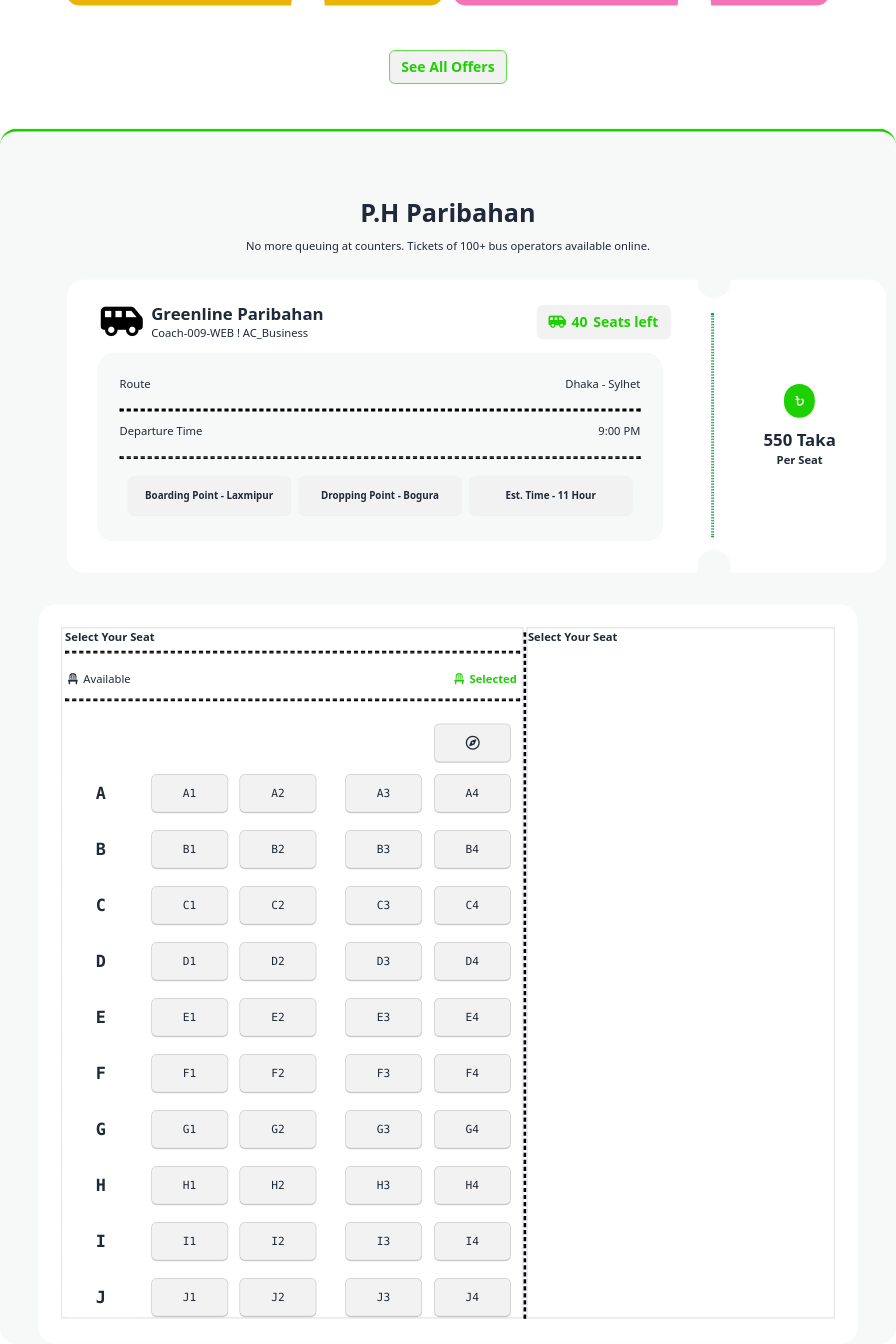
Repository: RudrasahaDibos/Smart-ticketing
Page: index.html
The author's editor kept a copy of each file at every save. The page is drawn from the files as they stood at one save, then again after the next save.
The browser window is 1280 px wide. The pictures show the part of the page from y = 1134 to 3054 px (the page is 3054 px tall), at 70% of full size.
Some web fonts or font styles are not loaded; a fallback is used. Some web libraries are served in a nearby version.

Above is the page before, as saved 2024-11-10 14:16:10.

After the next save:
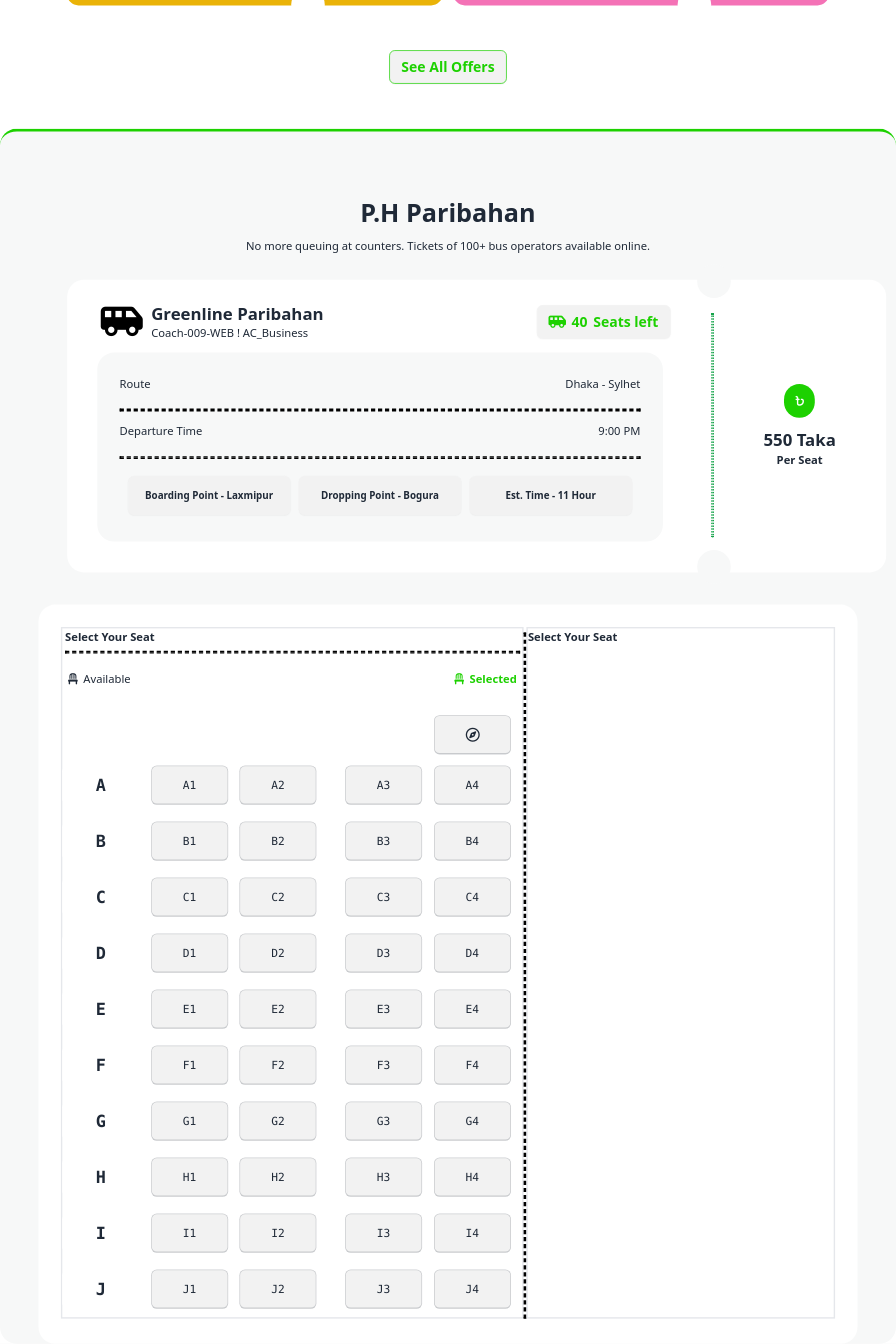
Saved 4 s later.
--- a/index.html
+++ b/index.html
@@ -328,7 +328,7 @@
               </div>
               <!-- seat available ends here -->
               <div
-                class="border-dashed border-black border-2 mt-2  w-[650px] mx-auto h-0"></div>
+                class="border-dashed border-black  mt-2  w-[650px] mx-auto h-0"></div>
                 <!-- seat planing start here -->
                <div class="mt-8">
                     <div class="text-end  mr-4">

After the 2 saves that followed:
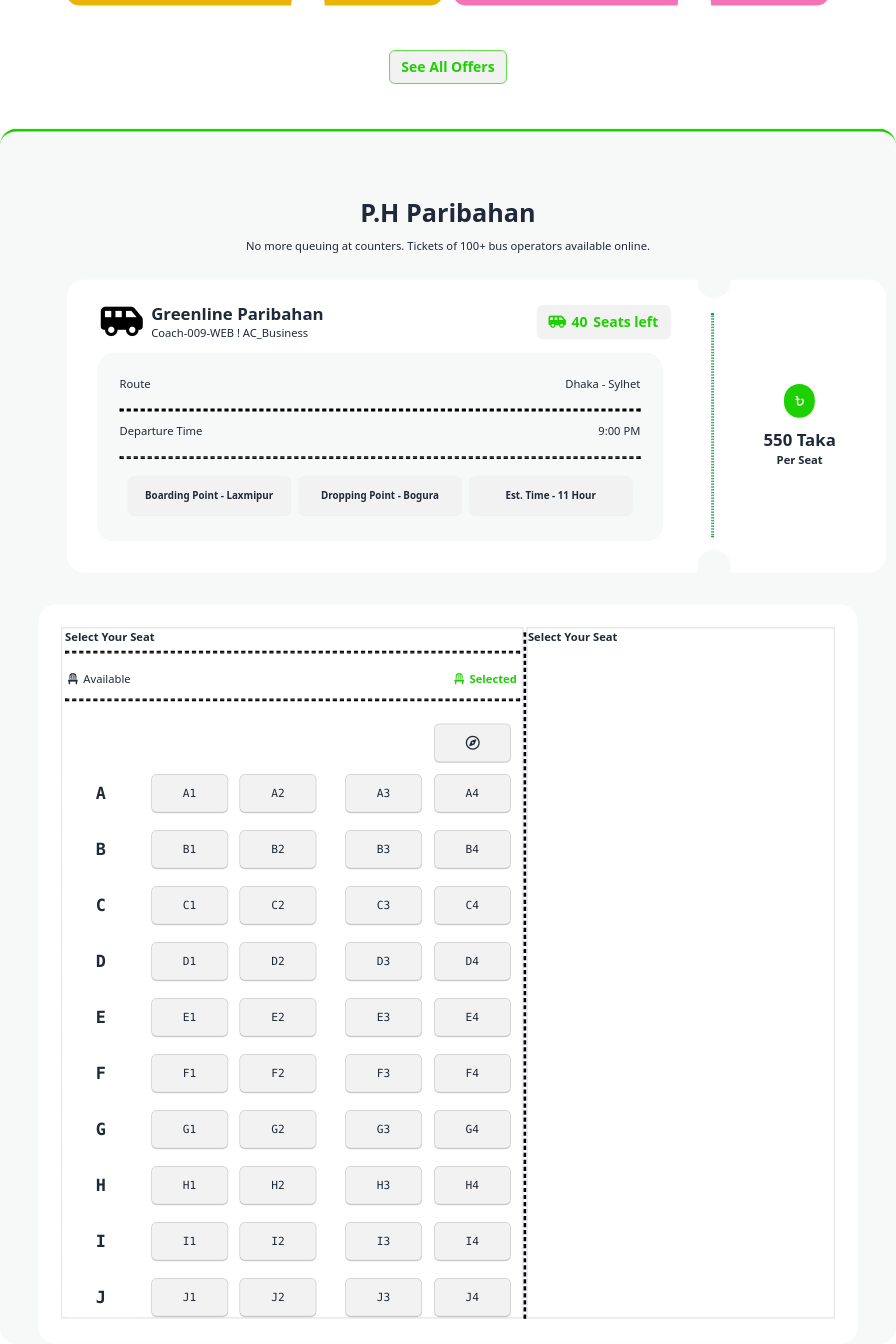
The 2 saves are shown as one change because 1 left the picture as it was.
The last was saved 13 s later.
--- a/index.html
+++ b/index.html
@@ -328,7 +328,7 @@
               </div>
               <!-- seat available ends here -->
               <div
-                class="border-dashed border-black  mt-2  w-[650px] mx-auto h-0"></div>
+                class="border-dashed border-black border-2 mt-2  w-[650px] mx-auto h-0"></div>
                 <!-- seat planing start here -->
                <div class="mt-8">
                     <div class="text-end  mr-4">
